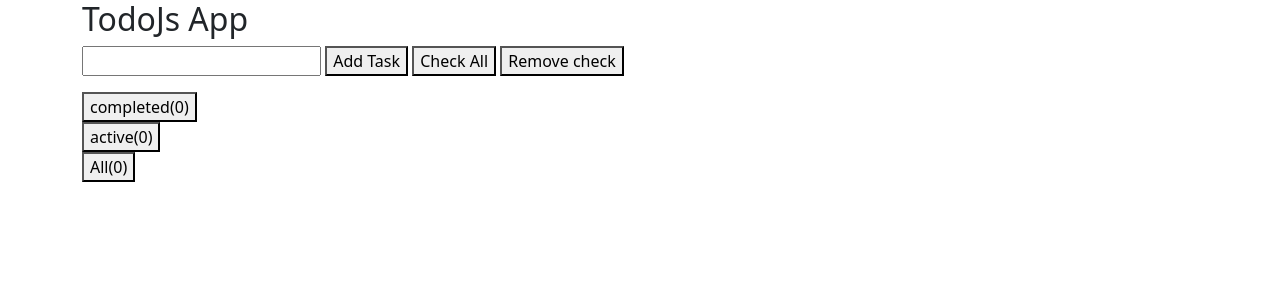
Repository: VladimirKasyanov/Todo
Page: index.html
These files come from the project's save history. The page is drawn as it stood at one moment and after the next save; the edit follows.
The browser window is 1280 px wide. The pictures show the whole page.

Above is the page before, as saved 2024-05-31 11:23:18.

### index.html
<!DOCTYPE html>
<html lang="en">
  <head>
    <meta charset="utf-8" />
    <meta name="viewport" content="width=device-width, initial-scale=1" />
   <link rel="stylesheet" href="styles.css">
    <link
      href="https://cdn.jsdelivr.net/npm/bootstrap@5.3.3/dist/css/bootstrap.min.css"
      rel="stylesheet"
      integrity="sha384-QWTKZyjpPEjISv5WaRU9OFeRpok6YctnYmDr5pNlyT2bRjXh0JMhjY6hW+ALEwIH"
      crossorigin="anonymous"
    />
    <title>TodoJs App</title>
  </head>
  <body>
    <div class="container">
      <h2>TodoJs App</h2>
      <form>
        <input type="text" class="input__box" />
        <button type="button" class="add">Add Task</button>
        <button type="button" onclick="checkAll()" class="check-all">
          Check All
        </button>
        <button type="button" onclick="removeCheck()" class="remove-check">
          Remove check
        </button>
      </form>
      <div class="todo__li">
        <ul class="list"></ul>
        <div class="all-button" >
          <button class="completed" href = '#cmp'>completed<span id="completed-counter">(0)</button>
          <button class="inc" href = '#inc'>active<span id="incomplete-counter">(0)</span></button>
          <button class="all" href ="#all" type="focus" >All<span id="total-counter">(0)</span></button>
        <div>
      </div>
    </div>
    <script
      src="https://cdn.jsdelivr.net/npm/bootstrap@5.3.3/dist/js/bootstrap.bundle.min.js"
      integrity="sha384-YvpcrYf0tY3lHB60NNkmXc5s9fDVZLESaAA55NDzOxhy9GkcIdslK1eN7N6jIeHz"
      crossorigin="anonymous"
    ></script>
    <script src="todo.js"></script>
  </body>
</html>

### styles.css
.completed {
display: flex
}
.inc {
    display: flex
}
.all{
    display:
}

### todo.js
const form = document.querySelector("form");
const inputBox = document.querySelector(".input__box");
const addButton = document.querySelector(".add");
const list = document.querySelector(".list");
const label = document.querySelector(".span");
const newInput = document.querySelector(".new-input");
const totalCounter = document.getElementById("total-counter");
const completedCounter = document.getElementById("completed-counter");
const incompleteCounter = document.getElementById("incomplete-counter");


const keyEnter = "Enter"
const keyEscape = "Escape"


let todoList = [];
let condition = "all"
// let completedCount = 0;
// let incompleteCount = 0;

const task = (event) => {
  event.preventDefault();
  const inputText = inputBox.value.trim()
  if (inputText === "" || inputText === null) return;
  let newTodo = {
    description: inputBox.value,
    checked: false,
    id: Date.now(),
  };

  todoList.push(newTodo);
  console.log(todoList);
  displayList(todoList);
  inputBox.value = "";

};



const displayList = () => {

  list.innerHTML = "";
  todoList.forEach((item) => {
    list.innerHTML += `
<li id ='${item.id}'>
<input class = 'check' type='checkBox' id='${item.id}' ${
      item.checked ? "checked" : ""
    }>
<span class='some-text'>${item.description}</span>
  <input class='new-input' type= 'text' value='${item.description.replace(/\s+/g, '')}' hidden></input>
<button type='delete' class='del' id='${item.id}' >x</button>
</li>

`;

});
updateCounters();

// document.getElementById("total-counter").textContent.todoList.length
};

// const counter = () => {
//     console.log(todoList.length)

//   displayList(todoList)
// }

const toggleTodo = (event) => {
  // todoList[index].checked = !todoList[index].checked;
  if(event.target.type == 'checkbox') {
    const todoId = event.target.id;
    todoList.forEach((item) => {
      if (item.id === Number(todoId)) {
        item.checked = !item.checked;
      }
    })
  }
   updateCounters();
  // displayList(todoList);
};




const checkAll = () => {
  todoList.forEach((todo) => {
    todo.checked = !todo.checked;
  });
  displayList();
};


// const filterTodo = () => {
//   switch (condition) {
//     case 'active':
//     return todoList.filter((todo) => !todo.isChecked);
// }
// }

const updateCounters = () => {
  const completedCount = todoList.filter((item) => item.checked).length;
  const incompleteCount = todoList.length - completedCount;

  completedCounter.innerText = completedCount;
  incompleteCounter.innerText = incompleteCount;
  totalCounter.innerText = todoList.length;
};

const completedTab = () => {
  const completedCount = todoList.filter((item) => item.checked)

}



const removeCheck = () => {
  todoList = todoList.filter((todo) => !todo.checked);
  displayList(todoList);
};

function removeOnce(event) {
  const todoId = Number(event.target.parentElement.id);
  if (event.target.classList.contains("del")) {
    todoList = todoList.filter((todo) => todo.id !== todoId);
    displayList(todoList);
  }
}


const editNew = (elementId) => {
  const theElement = document.getElementById(elementId)
  const newText = theElement.children[2].value;
    if (newText === "" || newText === null) return
  // let todoText = event.target.parentNode.children[2].value;

  // console.log(todoList)

  todoList.forEach((item) => {
    if (item.id === Number(elementId)) {
        item.description = newText.trim()
    }

  })
  displayList(todoList);

  //  if (event.sourceCapabilities !== null) {
  //   if (todoText.trim() === '') {
  //   }
  //   displayList(todoList);
  // }
}

const addButtonEnter = (event) => {
    if (event.key === keyEnter) {
       task(event);
  }
};

const changeDescription = (event) => {
  if (event.target.classList.contains("some-text")) {
    const {children} = event.target.parentNode
    children[1].hidden = true
    children[2].hidden = false
    children[2].focus()
  }
};

const changeDescriptionFinish = (event) => {
    if (event.target.classList.contains("new-input")) {
      // console.log(event)

      if (event.key === keyEnter){
        const todoId = Number(event.target.parentElement.id);
        console.log(todoId)
        // todoList.forEach((todo) => todo.id !== todoId);
        editNew(todoId);


      }
      if (event.key === keyEscape) {
        displayList(todoList)
      }
    }
  }


  // list.addEventListener("blur",changeDescriptionFinish)
  list.addEventListener("dblclick", changeDescription);
  list.addEventListener("click", removeOnce);
  list.addEventListener("click", toggleTodo);
  addButton.addEventListener("click", task);
  // console.log(typeof(li))
  list.addEventListener('keyup', changeDescriptionFinish);
  inputBox.addEventListener('keydown', addButtonEnter);
  // list.addEventListener('click', refillCounter)


// const changeDescription = (event) => {
//   const todoId = event.target.parentElement.id;
//   const todo = todoList.find((todo) => todo.id == todoId);

//   if (event.target.classList.contains("label")) {
//     const input = document.createElement("input");
//     input.type = "text";
//     input.value = todo.description;

//     input.addEventListener("blur", () => {
//       todo.description = input.value;
//       displayList(todoList);
//     });

//     event.target.replaceWith(input);
//     input.focus();
//   }
// };
// let itemId = event.target.id
// let index = todoList.findIndex((element) => element.id === itemId);
// delOnce.addEventListener("click", delOnce)
// for.forEach
// const removeOnce = (event) => {
//     delOnce.addEventListener("click", removeOnce);
//         let delOnce = todoList.findIndex((element) => element.id === event.target.id);
//             if (index !== -1) {
//                 todoList.splice(index, 1);

//             };
//             displayList(todoList);
//         };





          // todoList = todoList.filter((todo) => );
    // todoList.removeChild("li");
// checkAllButton.addEventListener("click", checkAll);
// removeComplete.addEventListener("click", removeAll);
// replace(/\s+/g, '') // space delete

// const changeDescriptionFinish = (event) => {
//   if (event.target.classList.contains("new-input")) {
//     const updatedDescription = event.target.value;
//     const todoId = Number(event.target.parentNode.id);
//     const todoIndex = todoList.findIndex((todo) => todo.id === todoId);

//     if (event.key === 'Enter') {
//       todoList[todoIndex].description = updatedDescription;
//       displayList(todoList);
//     } else if (event.key === 'Escape') {
//       event.target.value = todoList[todoIndex].description;
//     }
//   }
// };
// inputBox.addEventListener("keydown", (event) => {
//   if (event.key === "Enter") {
//     task(event);
//   }
// });

// const displayList = () => {
//   list.innerHTML = "";

//   todoList.forEach((item) => {
//     list.innerHTML += `
//       <li id='${item.id}'>
//         <input class='check' type='checkbox' id='${item.id}' ${
//       item.checked ? "checked" : ""
//     }>
//         <span class='some-text'>${item.description}</span>
//         <input class='new-input' type='text' hidden></input>
//         <button type='delete' class='del' id='${item.id}'>x</button>
//       </li>
//     `;

//     if (item.checked) {
//       completedCount++;
//     } else {
//       incompleteCount++;
//     }
//   });
//   document.getElementById("completed-counter").textContent = completedCount;
//   document.getElementById("incomplete-counter").textContent = incompleteCount;
//   document.getElementById("total-counter").textContent = todoList.length;
// };

// function editTask(event) {
//   if (event.target.classList.contains("some-text")) {
//     const { children } = event.target.parentNode;
//     children[1].hidden = true;
//     const editInput = children[2];
//     editInput.value = event.target.textContent;
//     editInput.hidden = false;
//     editInput.focus();
//   }
// }

// function finishEdit(event) {
//   if (event.target.classList.contains("new-input")) {
//     const todoId = Number(event.target.parentElement.id);
//     const editedTask = event.target.value.trim();
//     if (event.key === keyEnter && editedTask !== "") {
//       todoList = todoList.map((todo) =>
//         todo.id === todoId ? { ...todo, description: editedTask } : todo
//       );
//       displayList();
//     }
//     if (event.key === keyEscape) {
//       displayList();
//     }
//   }
// }


// const updateCounter =  () =>  {
//   // const counter = todoList.filter((item) => !item.check).length

//   // const unCount = todoList.filter((item) =>)
//   const completedCount = document.getElementById("completed-counter");
//   const incompleteCount = document.getElementById("incomplete-counter");
//   // const allButton = document.getElementById("total-counter")
//   incompleteCount.textContent = incompleteCount
//   // allButton = document.getElementById("total-counter")
//   allButton.textContent = ` (${todoList.length}) `
//   // (${todoList.length});
// displayList(todoList);
// };

After the next save:
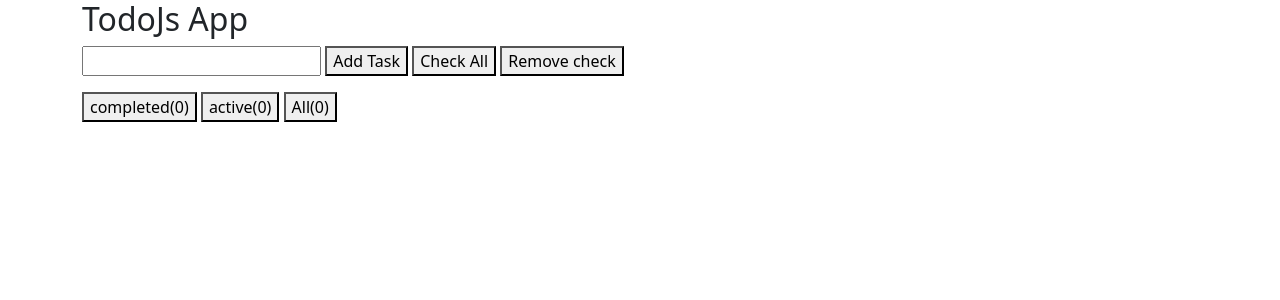
Saved 23 s later.
--- a/styles.css
+++ b/styles.css
@@ -1,8 +1,8 @@
 .completed {
-display: flex
+display:
 }
 .inc {
-    display: flex
+    display:
 }
 .all{
     display:
